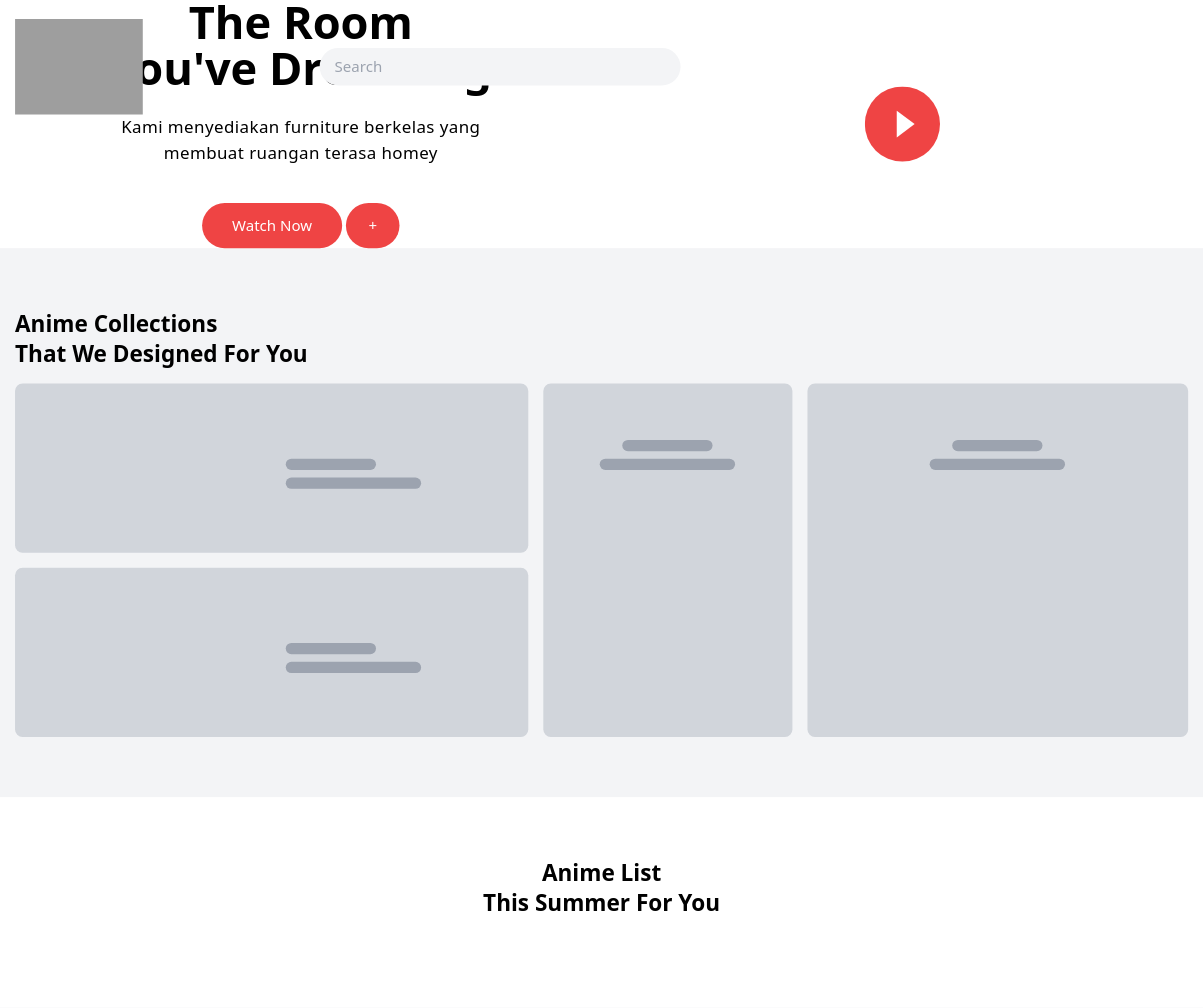
Repository: farrelmuhammad/anime-collections
Page: /
These files come from the project's save history. The page is drawn as it stood at one moment and after the next save; the edit follows.
The browser window is 1280 px wide. The pictures show the whole page, at 94% of full size.
Pictures or frames that could not be fetched are drawn as grey boxes. The page's requests for data from a server got no answer. The project was rebuilt for these pictures with package versions that can differ from the ones it lists, and the page was loaded fresh each time. No one was signed in, and anything a server would have sent is missing. Also part of the build but not shown: src/App.css.

Above is the page before, as saved 2023-08-04 00:44:06.

After the next save:
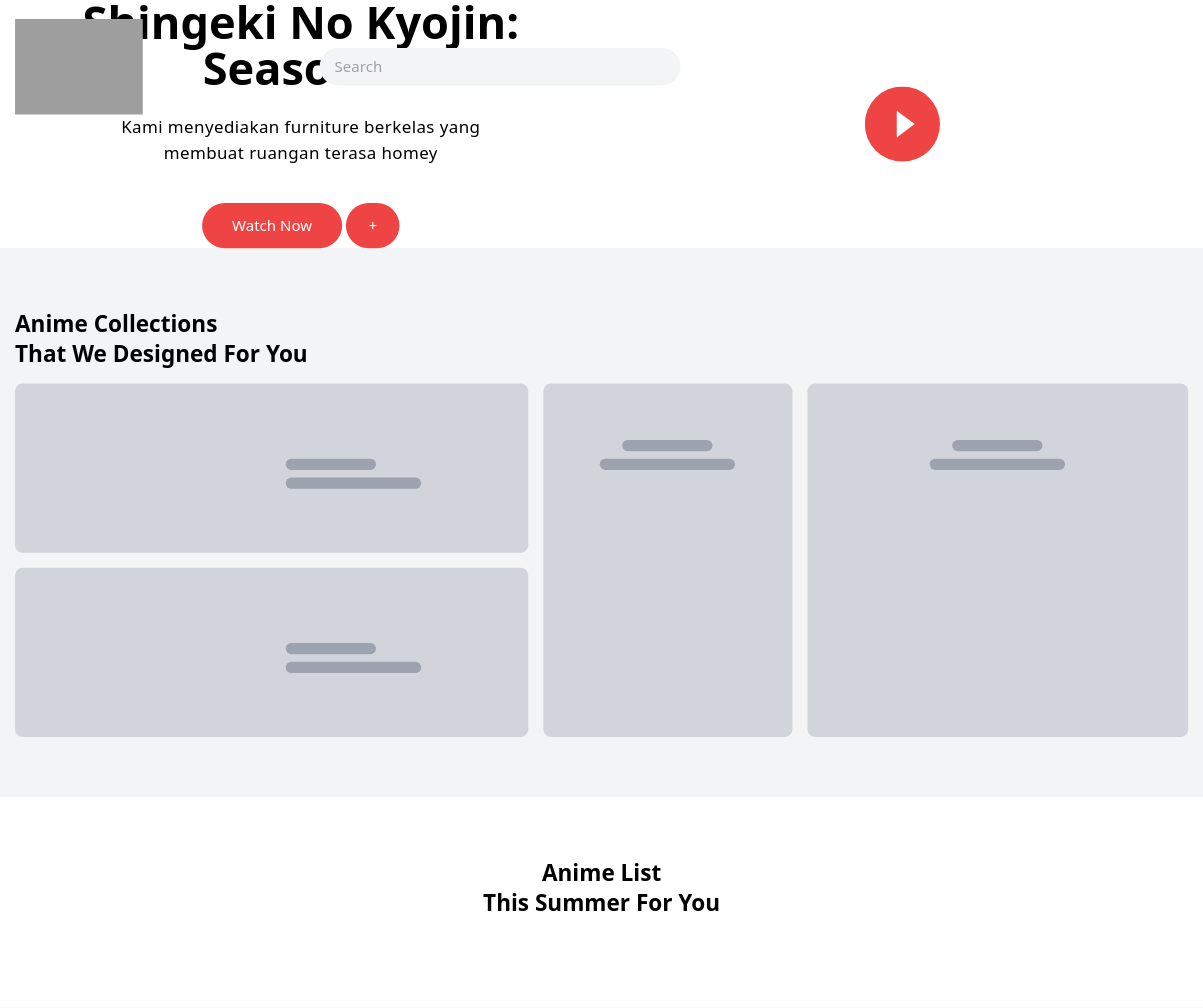
Saved 4 min 1 s later.
--- a/src/parts/Home/Hero.tsx
+++ b/src/parts/Home/Hero.tsx
@@ -22,8 +22,8 @@
         <section className="flex items-center hero">
             <div className="w-full absolute z-20 inset-0 md:relative md:w-1/2 text-center flex flex-col justify-center hero-caption">
                 <h1 className="text-3xl md:text-5xl leading-tight font-semibold">
-                    The Room <br className="" />
-                    You've Dreaming
+                    Shingeki No Kyojin: <br className="" />
+                    Season 4
                 </h1>
                 <h2 className="px-8 text-base md:px-0 md:text-lg my-6 tracking-wide">
                     Kami menyediakan furniture berkelas yang
